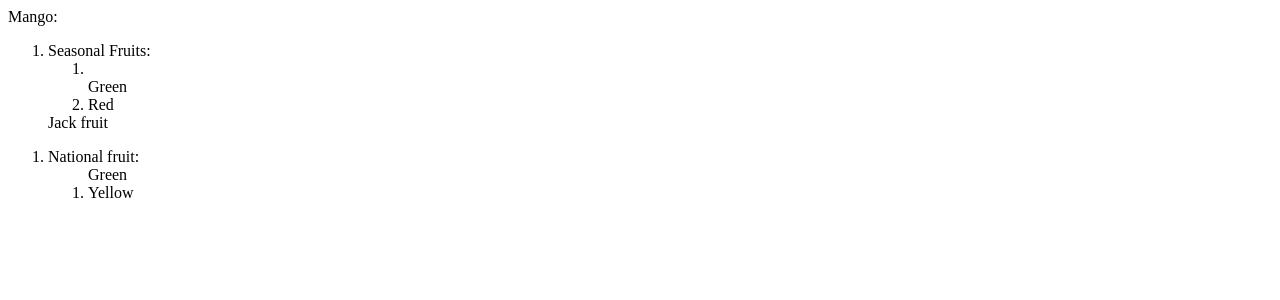
Repository: azemon444/jobpotal
Page: ict.html
The author's editor kept a copy of each file at every save. The page is drawn from the files as they stood at one save, then again after the next save.
The browser window is 1280 px wide. The pictures show the whole page.

Above is the page before, as saved 2026-01-13 01:06:45.

### ict.html
<!DOCTYPE html>
<html lang="en">
<head>
    <meta charset="UTF-8">
    <meta name="viewport" content="width=device-width, initial-scale=1.0">
    <title>Document</title>
</head>
<body>
    Mango:
    <ol>
        <li>Seasonal Fruits:</li>
        <ol>
            <li></li>Green</li>
            <li>Red</li>
        </ol>
 Jack fruit
 </ol>
 <ol>
        <li>National fruit:</li>
        <ol>
            </li>Green</li>
            <li>Yellow</li>
        </ol>
    </ol>
</body>
</html>

After the next save:
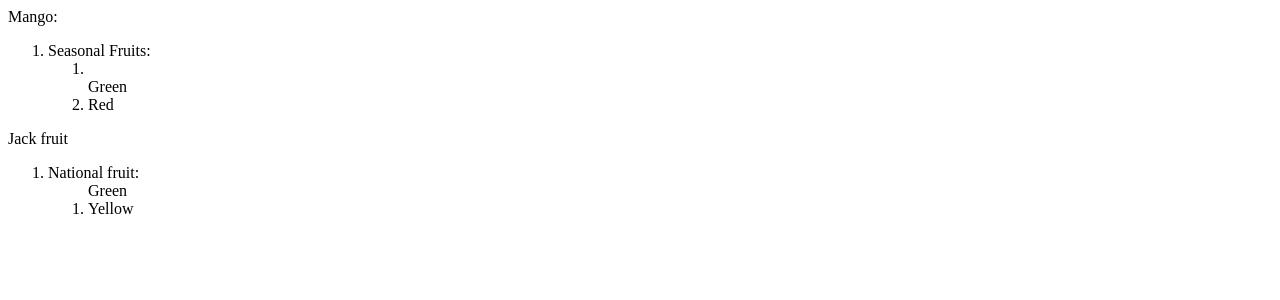
Saved 32 s later.
--- a/ict.html
+++ b/ict.html
@@ -13,8 +13,8 @@
             <li></li>Green</li>
             <li>Red</li>
         </ol>
+ </ol>
  Jack fruit
- </ol>
  <ol>
         <li>National fruit:</li>
         <ol>
